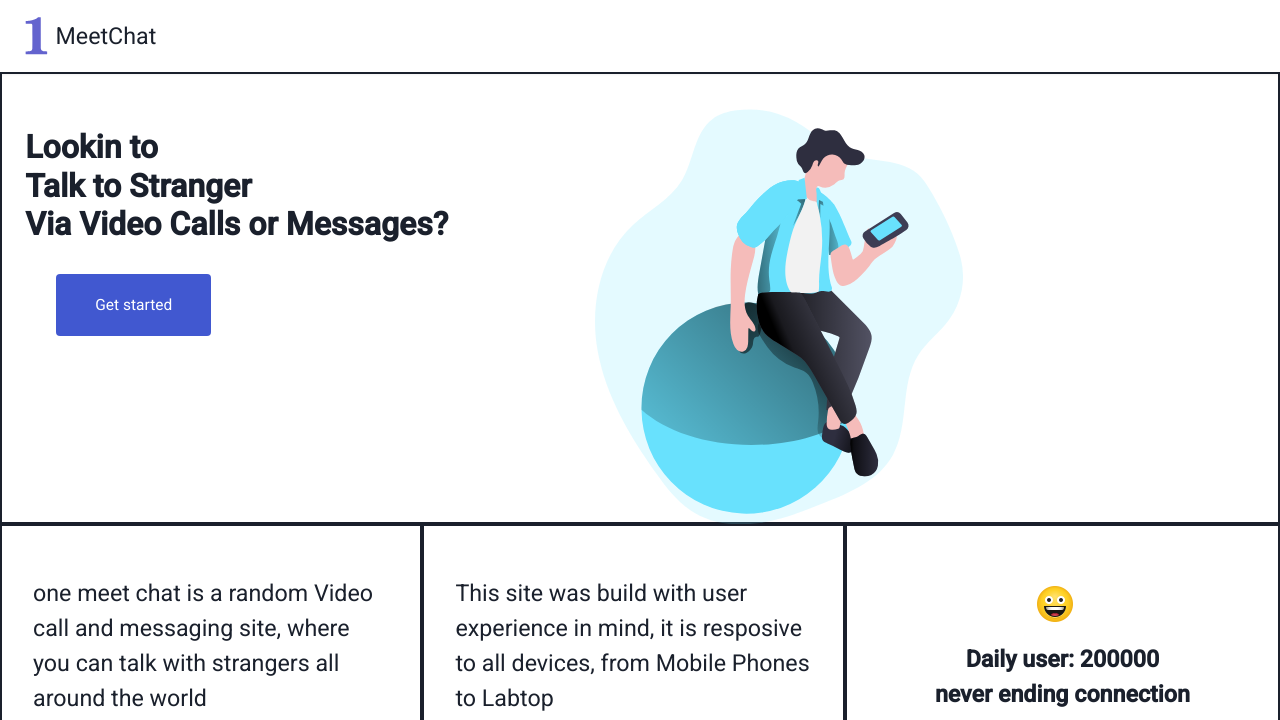
Repository: josephkongon/onemeetchat
Page: /
The author's editor kept a copy of each file at every save. The page is drawn from the files as they stood at one save, then again after the next save.
The browser window is 1280 px wide. The pictures show the whole page.
The page's requests for data from a server got no answer. An inner scrolling area shows only its first screen. The project was rebuilt for these pictures with package versions that can differ from the ones it lists, and the page was loaded fresh each time. The framework's server and built-in components were replaced by stand-ins that run in the browser. No one was signed in, and anything a server would have sent is missing. Also part of the build but not shown: next.config.js, components/Privacy.tsx, components/Terms.tsx.

Above is the page before, as saved 2022-11-15 20:39:22.

After the next save:
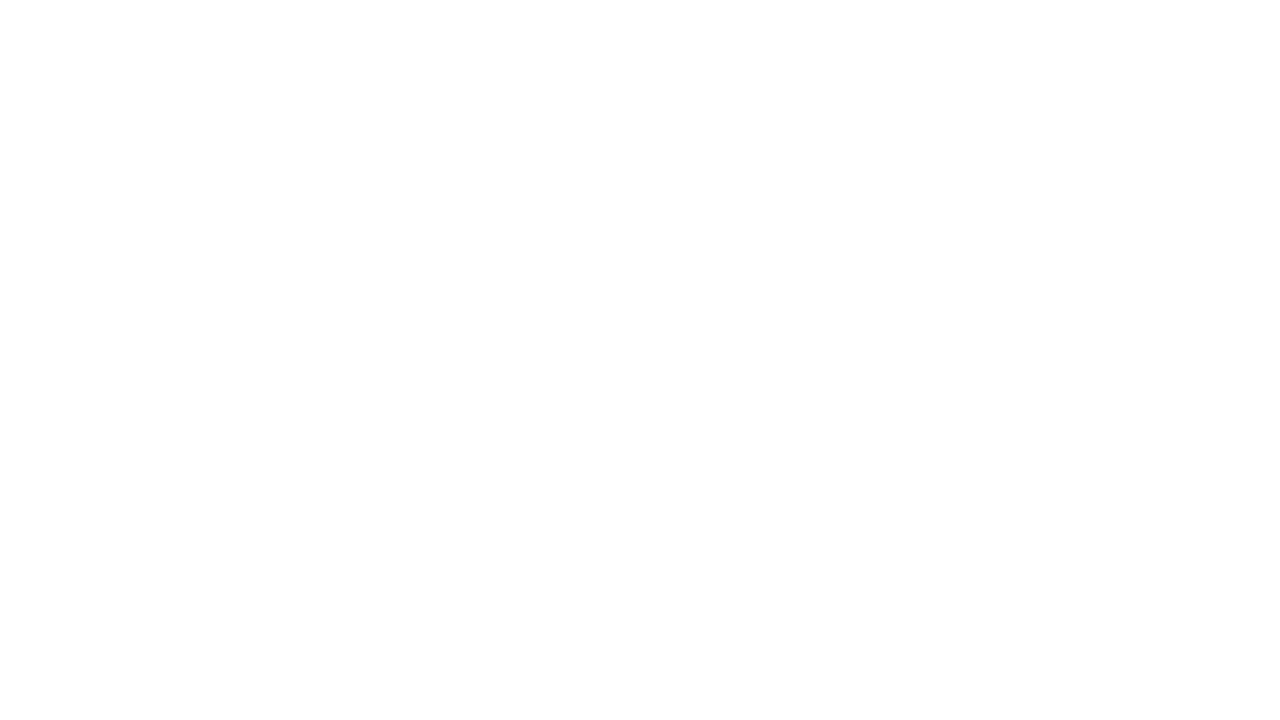
Saved 2 min 18 s later.
--- a/provider/SocketProvider.tsx
+++ b/provider/SocketProvider.tsx
@@ -62,13 +62,11 @@
 };
 
 const SocketContext = createContext(connect);
-
-const SocketProvider: FC = ({ children }: any) => {
+//{ children }: any
+const SocketProvider: FC = () => {
   const { socket, peer } = useContext(SocketContext);
   useEffect(() => {});
-  return (
-    <SocketContext.Provider value={connect}>{children}</SocketContext.Provider>
-  );
+  return <SocketContext.Provider value={connect}></SocketContext.Provider>;
 };
 
 export { SocketProvider, SocketContext };

After the save that followed:
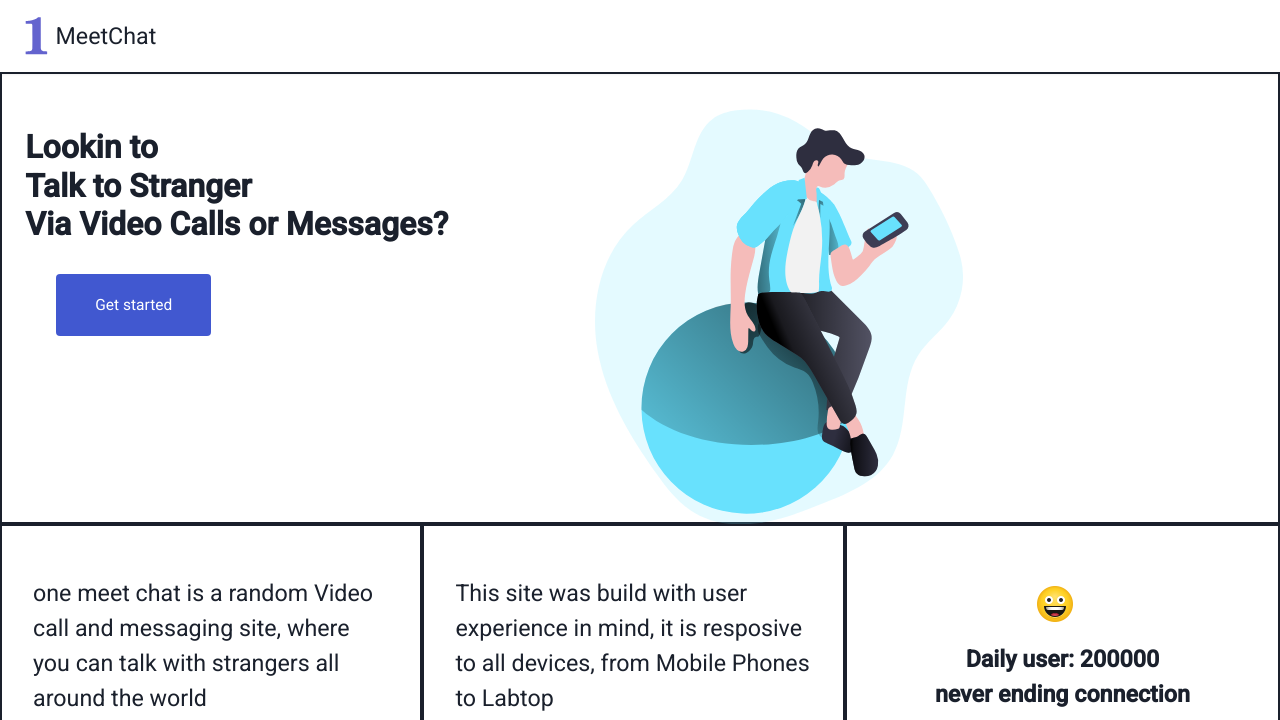
Saved 2 min 30 s later.
--- a/provider/SocketProvider.tsx
+++ b/provider/SocketProvider.tsx
@@ -62,11 +62,13 @@
 };
 
 const SocketContext = createContext(connect);
-//{ children }: any
-const SocketProvider: FC = () => {
+
+const SocketProvider: FC = ({ children }: any) => {
   const { socket, peer } = useContext(SocketContext);
   useEffect(() => {});
-  return <SocketContext.Provider value={connect}></SocketContext.Provider>;
+  return (
+    <SocketContext.Provider value={connect}>{children}</SocketContext.Provider>
+  );
 };
 
 export { SocketProvider, SocketContext };
